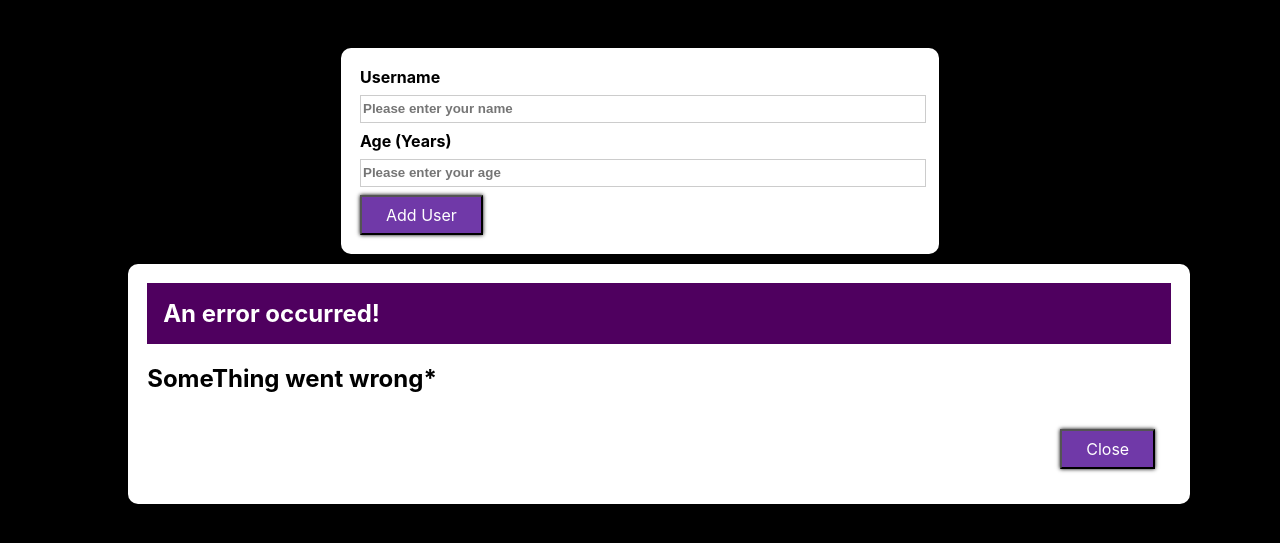
Repository: NamalPathirana/section-eight
Page: /
An editor plug-in stored every save of this project. The page is shown before and after the next save, followed by the edit.
The browser window is 1280 px wide. The pictures show the whole page.
The project was rebuilt for these pictures with package versions that can differ from the ones it lists, and the page was loaded fresh each time. Also part of the build but not shown: src/App.module.css.

Above is the page before, as saved 2021-12-04 14:23:20.

After the next save:
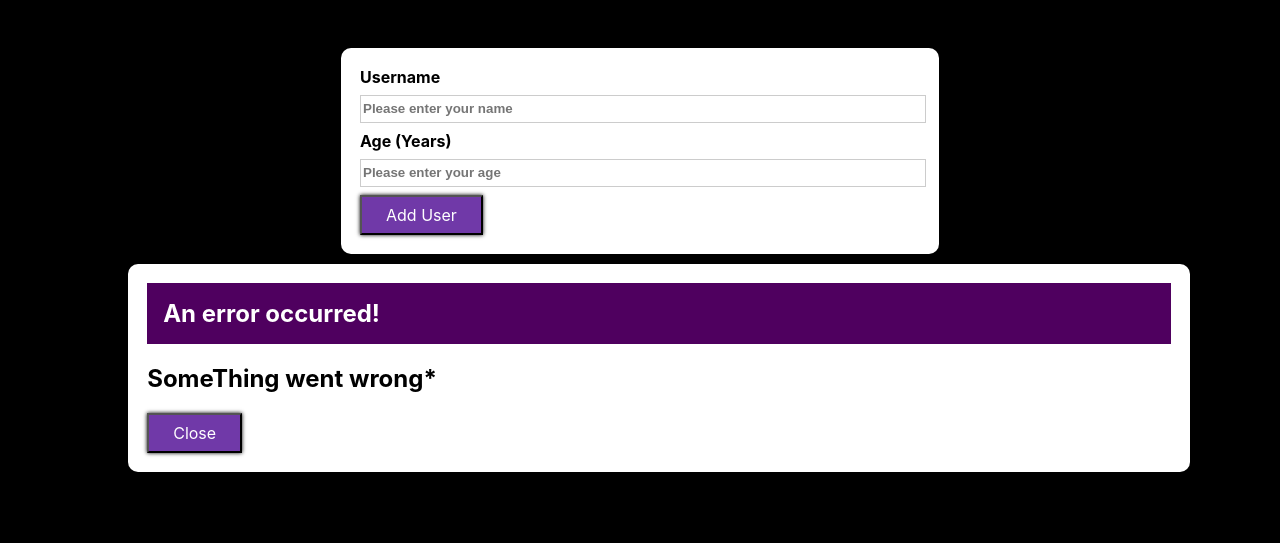
Saved 6 s later.
--- a/src/UI/ErrorModal/ErrorModal.module.css
+++ b/src/UI/ErrorModal/ErrorModal.module.css
@@ -22,7 +22,5 @@
 }
 
 .actions {
-  padding: 1rem;
-  display: flex;
-  justify-content: flex-end;
+
 }
